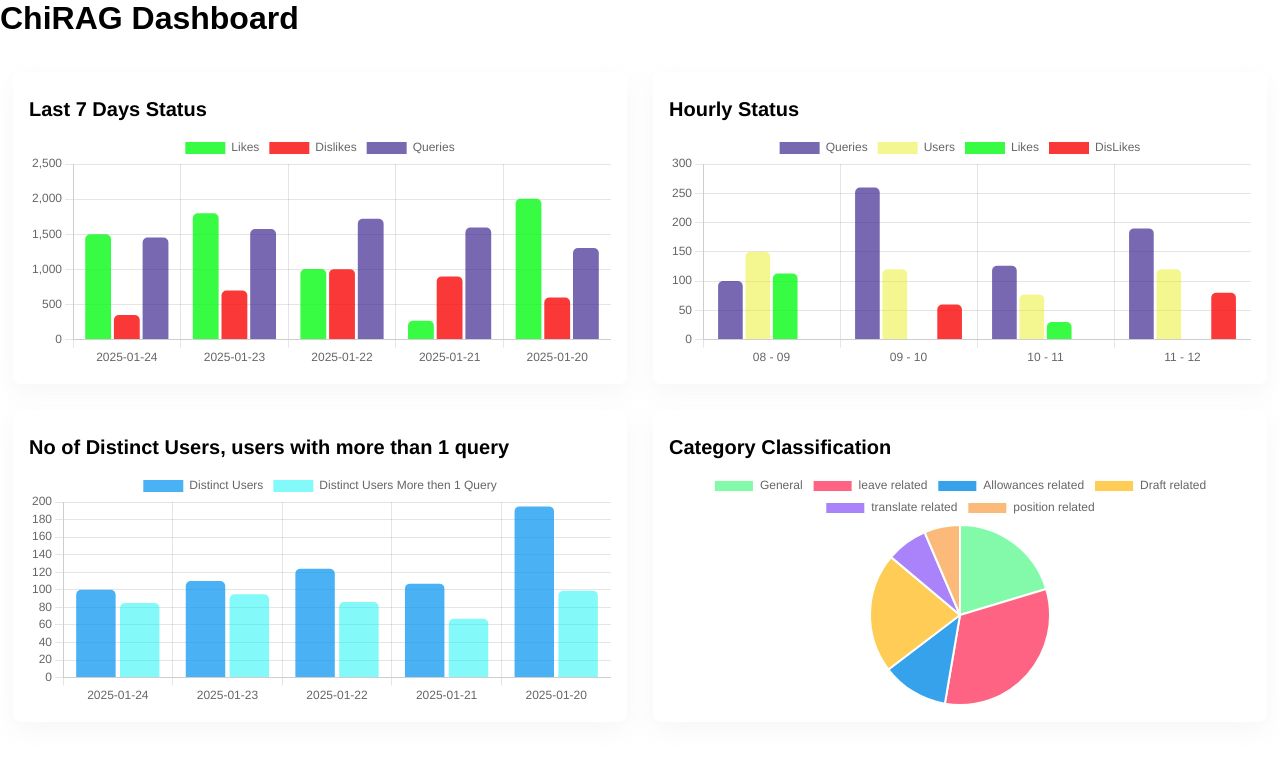
Repository: NAGARAJ-DEVELOPER/Dashboard
Page: /
An editor plug-in stored every save of this project. The page is shown before and after the next save, followed by the edit.
The browser window is 1280 px wide. The pictures show the whole page.
The project was rebuilt for these pictures with package versions that can differ from the ones it lists, and the page was loaded fresh each time. Also part of the build but not shown: vite.config.js.

Above is the page before, as saved 2025-02-16 15:53:37.

After the next save:
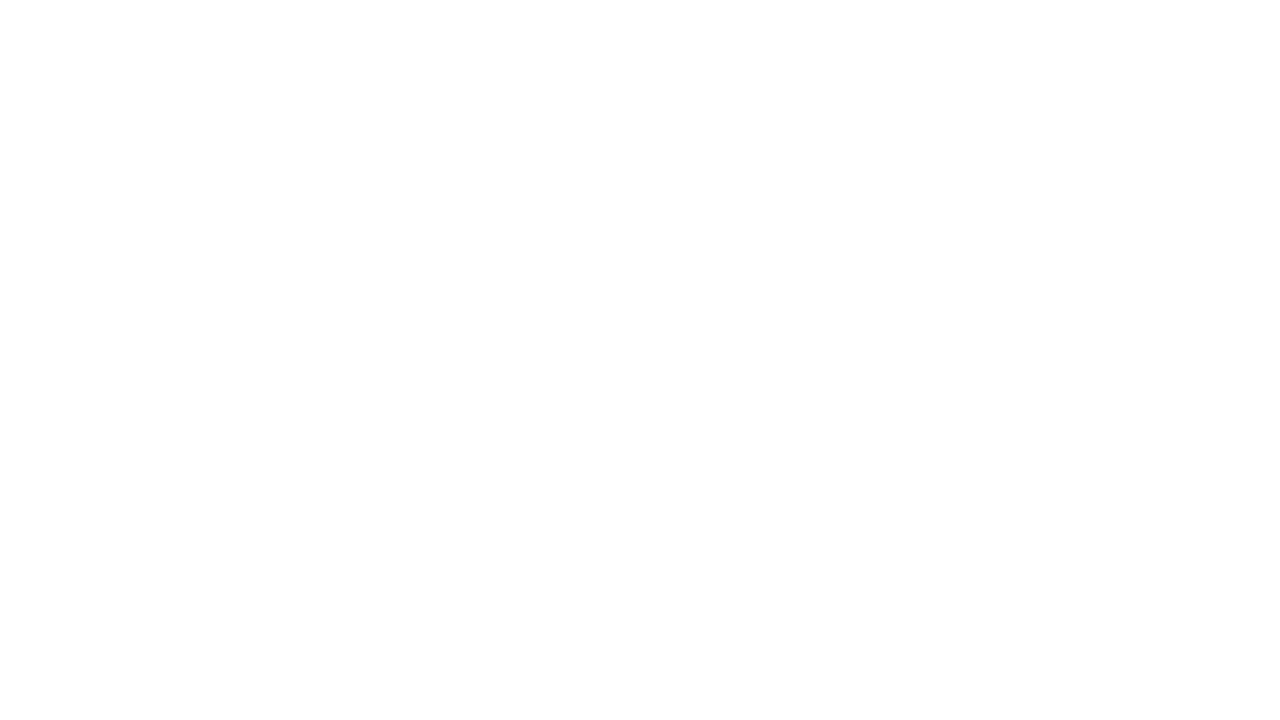
Console error: ReferenceError: center is not defined
Saved 13 s later.
--- a/src/App.jsx
+++ b/src/App.jsx
@@ -47,7 +47,7 @@
   return (
    <>
    <div>
-   <h1 style={{alignItems:"center"}}>ChiRAG Dashboard</h1>
+   <h1 style={{alignItems:center}}>ChiRAG Dashboard</h1>
    </div>
     <div className="App">
 

After the save that followed:
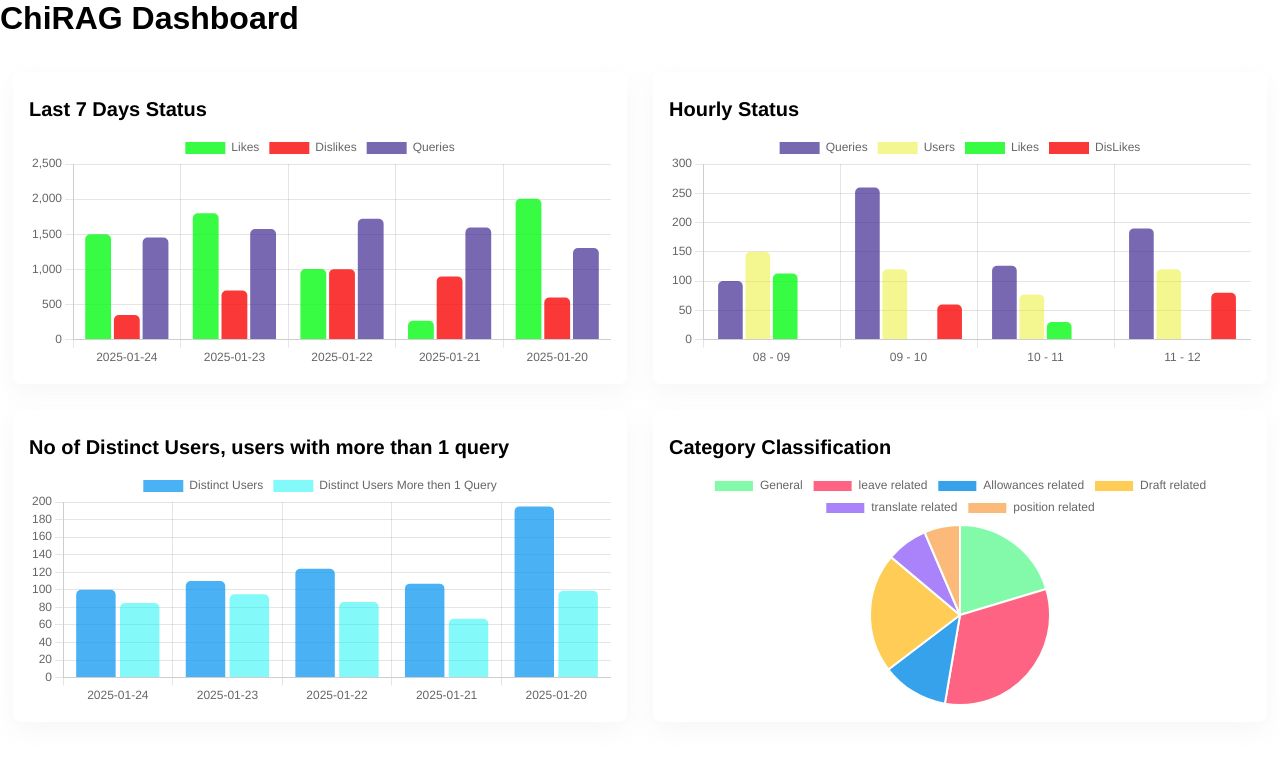
The error is gone.
Saved 8 s later.
--- a/src/App.jsx
+++ b/src/App.jsx
@@ -47,7 +47,7 @@
   return (
    <>
    <div>
-   <h1 style={{alignItems:center}}>ChiRAG Dashboard</h1>
+   <h1 style={{alignItems:"center"}}>ChiRAG Dashboard</h1>
    </div>
     <div className="App">
 
